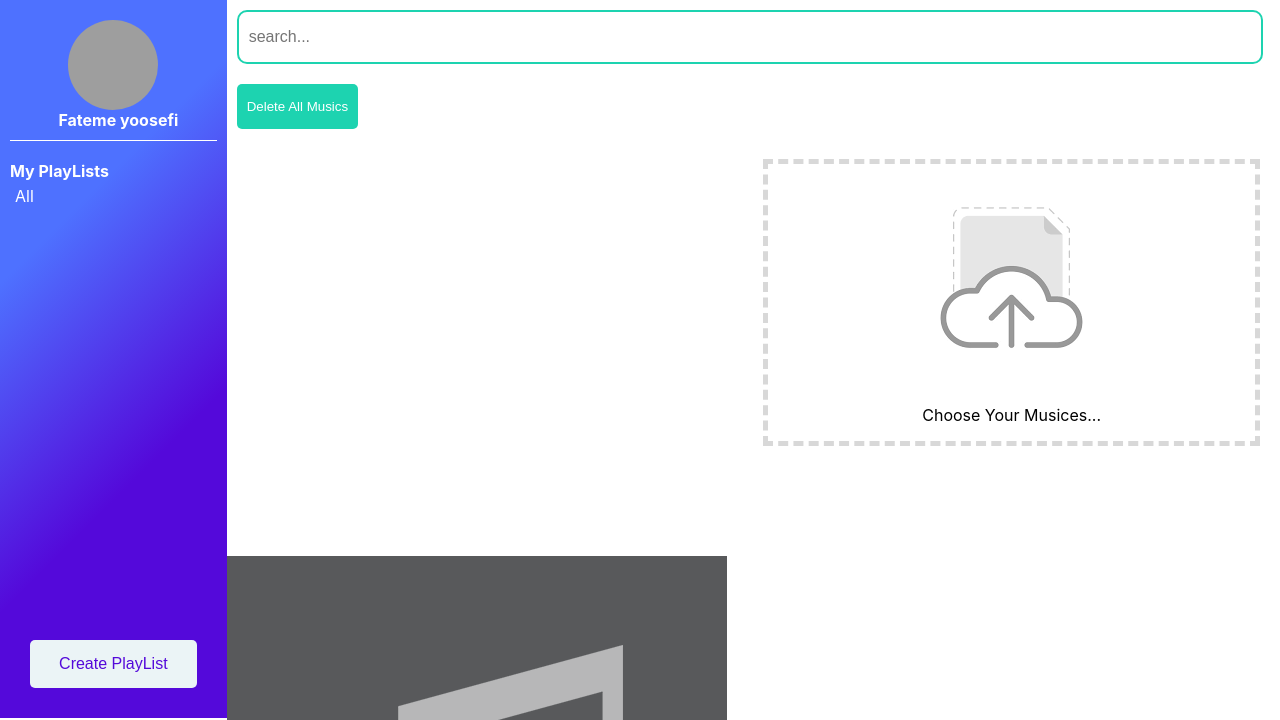
Repository: fateme81yosefi/musicPlayer
Page: /
These files come from the project's save history. The page is drawn as it stood at one moment and after the next save; the edit follows.
The browser window is 1280 px wide. The pictures show the whole page.
Pictures or frames that could not be fetched are drawn as grey boxes. An inner scrolling area shows only its first screen. The project was rebuilt for these pictures with package versions that can differ from the ones it lists, and the page was loaded fresh each time.

Above is the page before, as saved 2025-06-28 14:36:10.

### src/App.js
import React from 'react';
import FileUploader from './Data/FileUploader/FileUploader';
import MainPage from './Components/MainPage/MainPage';


const App = () => {



  return (
    <div>
      <MainPage />
    </div>
  );
}

export default App;

### src/Data/FileUploader/FileUploader.js
import React, { useState, useEffect } from 'react';
import { useDropzone } from 'react-dropzone';
import { openDB } from 'idb';
import "./FileUploader.css";

const DB_NAME = 'AudioFilesDB';
const DB_VERSION = 1;
const STORE_NAME = 'audioFiles';

const initDB = async () => {
    const db = await openDB(DB_NAME, DB_VERSION, {
        upgrade(db) {
            if (!db.objectStoreNames.contains(STORE_NAME)) {
                const store = db.createObjectStore(STORE_NAME, { keyPath: 'name' });
                store.createIndex('category', 'category');
                store.createIndex('isFav', 'isFav');
            }
        }
    });
    return db;
};

const getStoredFiles = async (db) => {
    const tx = db.transaction(STORE_NAME, 'readonly');
    const store = tx.objectStore(STORE_NAME);
    return await store.getAll();
};

const storeFile = async (db, file) => {
    const tx = db.transaction(STORE_NAME, 'readwrite');
    const store = tx.objectStore(STORE_NAME);
    await store.put(file);
    await tx.done;
};


const FileUploader = ({ handlePlay, query, selectedCategory }) => {
    const [audioFiles, setAudioFiles] = useState([]);
    const [categories, setCategories] = useState([]);
    const [currentCategory, setCurrentCategory] = useState('');


    const deleteAllFiles = async () => {
        const db = await initDB();
        const tx = db.transaction(STORE_NAME, 'readwrite');
        const store = tx.objectStore(STORE_NAME);
        await store.clear();
        await tx.done;
        window.location.reload()
    };

    useEffect(() => {
        const storedCategories = JSON.parse(localStorage.getItem('categories'));
        if (storedCategories) {
            setCategories(storedCategories);
        }
    }, []);


    useEffect(() => {
        setCurrentCategory(selectedCategory)
    }, [selectedCategory])


    useEffect(() => {
        if (query !== "") {
            setAudioFiles(audioFiles.filter((item) => item.name.toLowerCase().includes(query.toLowerCase())));
        } else {
            const fetchStoredFiles = async () => {
                const db = await initDB();
                const storedFiles = await getStoredFiles(db);
                setAudioFiles(storedFiles.map(file => ({
                    ...file,
                    data: URL.createObjectURL(new Blob([file.data], { type: file.type }))
                })));
            };

            fetchStoredFiles();
        }
    }, [query]);

    useEffect(() => {
        const fetchStoredFiles = async () => {
            const db = await initDB();
            const storedFiles = await getStoredFiles(db);
            setAudioFiles(storedFiles.map(file => ({
                ...file,
                data: URL.createObjectURL(new Blob([file.data], { type: file.type }))
            })));
        };

        fetchStoredFiles();
    }, []);

    const onDrop = async (acceptedFiles) => {
        const mp3Files = acceptedFiles.filter((file) => file.name.endsWith('.mp3'));

        const db = await initDB();

        for (const file of mp3Files) {
            const fileData = await file.arrayBuffer();
            await storeFile(db, { name: file.name, type: file.type, data: fileData, category: '' });
        }

        const storedFiles = await getStoredFiles(db);
        setAudioFiles(storedFiles.map(file => ({
            ...file,
            data: URL.createObjectURL(new Blob([file.data], { type: file.type }))
        })));
    };

    const handleCategoryChange = async (file, category) => {
        const updatedFile = { ...file, category };

        const db = await initDB();
        await storeFile(db, updatedFile);

        const storedFiles = await getStoredFiles(db);
        setAudioFiles(storedFiles.map(f => ({
            ...f,
            data: URL.createObjectURL(new Blob([f.data], { type: f.type }))
        })));
    };

    const { getRootProps, getInputProps } = useDropzone({ onDrop });

    return (
        <>
            <button className='deleteAll' onClick={deleteAllFiles}>Delete All Musics</button>

            <div className='containSingle'>
                <div className='fullWidth'>
                    {audioFiles
                        .filter(file => currentCategory === "" || file.category === currentCategory)
                        .map((file, index) => (
                            <div className='singleSelectedAudio' key={index}>
                                <div className='row'>
                                    <div className='containDetails'>
                                        <img className='cover' alt="cover" src='/song_cover.png' />
                                        <span className='name'>{file.name}</span>
                                    </div>
                                    <div className='row'>
                                        <select
                                            value={file.category}
                                            onChange={(e) => handleCategoryChange(file, e.target.value)}
                                        >
                                            <option value="">Select Category</option>
                                            {categories.map((category, index) => (
                                                <option key={index} value={category}>{category}</option>
                                            ))}
                                        </select>
                                        <button className='btnPlay' onClick={() => handlePlay(file)}>
                                            <img className='play' alt='icon' src='/play-button.svg' />
                                        </button>
                                    </div>
                                </div>
                                <audio className='selectedAudio' src={file.data} key={index} controls />
                            </div>
                        ))}
                </div>

                <div className='fullWidth' {...getRootProps()}>
                    <input {...getInputProps()} />
                    <div className='chooseFile'>
                        <img alt='drag file' src='/images.png' />
                        <p> Choose Your Musices...</p>
                    </div>
                </div>
            </div>
        </>
    );
};

export default FileUploader;

### src/Components/MainPage/MainPage.js
import React, { useState, useEffect } from 'react';
import Modal from 'react-modal';
import FileUploader from "../../Data/FileUploader/FileUploader";
import "./MainPage.css";
import MusicPlayer from '../MusicPlayer/MusicPlayer';

const MainPage = () => {
    const [category, setCategory] = useState('');
    const [categories, setCategories] = useState([]);
    const [currentMusic, setCurrentMusic] = useState({});
    const [showModal, setShowModal] = useState(false);
    const [searchQuery, setSearchQuery] = useState('');
    const [selectedCategory, setSelectedCategory] = useState('');


    useEffect(() => {
        const storedCategories = JSON.parse(localStorage.getItem('categories'));
        if (storedCategories) {
            setCategories(storedCategories);
        }
    }, []);

    const handleAddCategory = () => {
        if (category) {
            const updatedCategories = [...categories, category];
            setCategories(updatedCategories);
            setCategory('');
            localStorage.setItem('categories', JSON.stringify(updatedCategories));
            setShowModal(false)
        }
    };

    const handlePlay = (file) => {
        setCurrentMusic(file);
    };


    return (
        <div className="container">
            <Modal
                isOpen={showModal}
                contentLabel="Create Playlist"
                className="modalCategory"
            >
                <h2>Create Playlist</h2>
                <input
                    type="text"
                    value={category}
                    placeholder='Enter Your Playlist Name'
                    onChange={(e) => setCategory(e.target.value)}
                />
                <button onClick={handleAddCategory}>Confirm</button>
            </Modal>

            <div className="leftMenue">
                <div className="top">
                    <div className="imageProfile">
                        <img src="https://encrypted-tbn0.gstatic.com/images?q=tbn:ANd9GcRXJA32WU4rBpx7maglqeEtt3ot1tPIRWptxA&s" alt="Profile" />
                        <div className="name">Fateme yoosefi</div>
                    </div>
                    <div className="categories">
                        <div className='playlist'>My PlayLists</div>
                        <div className='category' onClick={() => { setSelectedCategory('') }}>All</div>
                        {
                            categories.map((item, index) => <div key={index} className='category' onClick={() => { setSelectedCategory(item) }}>{item}</div>)
                        }
                    </div>
                </div>
                <button className='create' onClick={() => setShowModal(true)}>Create PlayList</button>
            </div>
            <div className="rightPage">
                <input className='inputSearch' placeholder="search..." onChange={(e) => setSearchQuery(e.target.value)}
                />
                <FileUploader handlePlay={handlePlay} query={searchQuery} selectedCategory={selectedCategory} />
                <div className="w-full max-w-md mx-auto p-4 bg-gradient-to-br from-[#5409DA] via-[#4E71FF] to-[#BBFBFF] rounded-3xl shadow-xl flex items-center space-x-4 animate-fade-in">
                    <div className="relative w-24 h-24 rounded-full overflow-hidden shadow-lg border-4 border-white animate-spin-slow">
                        <img src="/song_cover.png" alt="کاور آهنگ" className="w-full h-full object-cover" />
                    </div>

                    <div className="flex-1 text-white">


                              <MusicPlayer currentMusic={currentMusic} />

                    </div>
                </div>


            </div>
        </div>
    )
};

export default MainPage;

### src/Data/FileUploader/FileUploader.css
.chooseFile {
  border: 5px dashed rgb(216, 216, 216);
  display: flex;
  flex-direction: column;
  align-items: center;
  justify-content: space-around;
  margin: 10px;
  margin-bottom: 100px;
}
.selectedAudio::-webkit-media-controls-panel {
  background-color: rgb(211, 211, 211);
  border: none;
}
.selectedAudio {
  border-radius: 0;
  background-color: rgb(211, 211, 211);
  padding: 20px;
  width: 100% !important;
  display: none;
}
.singleSelectedAudio {
  background-color: rgb(255, 255, 255);
  border-bottom: 1px solid rgb(238, 238, 238);
}
.row {
  display: flex;
  flex-direction: row;
  justify-content: space-between;
}

.cover {
  width: 40px;
  height: 40px;
}
.containDetails {
  display: flex;
  flex-direction: row;
  align-items: center;
  justify-content: center;
}

.containSingle {
  padding: 10px;
  display: flex;
  flex-direction: row;
  width: 100%;
}
.name {
  margin-left: 10px;
}
.fullWidth{
    width: 100%;
}
.play {
  width: 30px;
  height: 30px;
}
.btnPlay {
  background-color: transparent;
  border: none;
}

.deleteAll {
  margin: 10px;
  background-color: #1dd3b0;
  margin-bottom: 10px;
  padding: 15px 10px;
  border-radius: 5px;
  border: none;
  color: #ffff;
}
select {
  background-color: #1dd3b0;
  padding: 10px;
  border: none;
  color: white;
}

### src/Components/MainPage/MainPage.css
.container {
  display: flex;
  flex-direction: row;
  background-color: #ffffff;
}
.leftMenue {
  background: linear-gradient(
    135deg,
    #4e71ff 0%,
    #4e71ff 30%,
    #5409da 65%,
    #5409da 100%
  );
  width: 20%;
  height: 97vh;
  display: flex;
  flex-direction: column;
  justify-content: space-between;
  padding: 10px;
}
.imageProfile {
  display: flex;
  flex-direction: column;
  align-items: center;
  border-bottom: 1px solid white;
  padding: 10px;
  color: #ffffff;
  font-weight: bold;
  justify-content: space-between;
}

.imageProfile img {
  border-radius: 100%;
  width: 90px;
  height: 90px;
}
.playlist {
  font-size: medium;
  color: #ffffff;
  font-weight: bold;
  margin-top: 20px;
}
.rightPage {
  width: 100%;
  height: 100vh;
  position: relative;
  padding: 0 20px 0 0;
  padding-left: 0;
}
.rightPage input {
  width: 97%;
  height: 40px;
  font-size: medium;
}
.currentlyPlay {
  display: flex;
  flex-direction: row;
  align-items: center;
  background-color: #7de2d1;
  height: 100px;
  bottom: 0;
  position: fixed;
  width: 80%;
}
.currentlyPlay img {
  width: 100px;
  height: 100px;
}
.containName {
  width: 100%;
  padding: 15px;
}
.musicName {
  font-weight: bold;
}
audio {
  width: 100%;
  display: flex;
  flex-direction: column;
  border: none;
}

audio::-webkit-media-controls-panel {
  background-color: #7de2d1;
  border: none;
}
.rightPage {
  overflow: scroll;
}
.modalCategory {
  position: fixed;
  background-color: #7de2d1;
  top: 50%;
  left: 50%;
  transform: translate(-50%, -50%);
  width: 30%;
  display: flex;
  flex-direction: column;
  align-items: center;
  justify-content: center;
  color: white;
}
.modalCategory input {
  padding: 10px;
  margin-bottom: 10px;
  width: 80%;
}
.modalCategory button {
  background-color: #1dd3b0;
  margin-bottom: 10px;
  padding: 15px 10px;
  border-radius: 5px;
  border: none;
  color: #ffff;
}

.category {
  font-size: medium;
  color: #ffffff;
  margin-left: 5px;
  margin: 5px;
}

.inputSearch {
  margin: 10px;
  border: 2px solid #1dd3b0;
  padding: 5px 10px;
  border-radius: 10px;
}

.create {
  padding: 15px 4px;
  border-radius: 5px;
  margin: 20px;
  background-color: #ebf4f6;
  border: none;
  color: #5409da;
  font-size: medium;
}
h3,
h4 {
  color: white;
}

### src/Components/MusicPlayer/MusicPlayer.jsx
import { useRef, useState, useEffect } from "react";
import "./MusicPlayer.css";

export default function MusicPlayer({ currentMusic }) {
  const audioRef = useRef(null);
  const [isPlaying, setIsPlaying] = useState(false);
  const [progress, setProgress] = useState(0);

  useEffect(() => {
    const audio = audioRef.current;

    const updateProgress = () => {
      const percent = (audio.currentTime / audio.duration) * 100;
      setProgress(percent || 0);
    };

    audio.addEventListener("timeupdate", updateProgress);
    return () => audio.removeEventListener("timeupdate", updateProgress);
  }, []);

  const togglePlay = () => {
    const audio = audioRef.current;
    if (isPlaying) {
      audio.pause();
    } else {
      audio.play();
    }
    setIsPlaying(!isPlaying);
  };

  return (
    <div className="player">
      <div className={`cover ${isPlaying ? "spin pulse" : ""}`}>
        <img src="/song_cover.png" alt="کاور آهنگ" />
      </div>

      <div className="info">
        <h2 className="title">{currentMusic.name}</h2>

        <div className="progress-container">
          <div className="progress-bar" style={{ width: `${progress}%` }}></div>
        </div>

        <button className="play-btn" onClick={togglePlay}>
          {isPlaying ? "❚❚" : "▶"}
        </button>

        <audio ref={audioRef} src={currentMusic.data} preload="metadata" />
      </div>
    </div>
  );
}

### src/Components/MusicPlayer/MusicPlayer.css
.player {
  max-width: 400px;
  margin: 40px auto;
  padding: 30px;
  border-radius: 20px;
  background: linear-gradient(135deg, #5409DA, #4E71FF, #8DD8FF, #BBFBFF);
  box-shadow: 0 8px 20px rgba(0, 0, 0, 0.2);
  text-align: center;
  color: white;
  font-family: 'Segoe UI', sans-serif;
}

.cover {
  width: 120px;
  height: 120px;
  margin: 0 auto 20px;
  border-radius: 50%;
  overflow: hidden;
  border: 5px solid white;
  box-shadow: 0 0 15px rgba(255, 255, 255, 0.4);
}

.cover img {
  width: 100%;
  height: 100%;
  object-fit: cover;
}

.spin {
  animation: spin 10s linear infinite;
}

.pulse {
  animation: pulse 2s infinite ease-in-out;
}

@keyframes spin {
  to {
    transform: rotate(360deg);
  }
}

@keyframes pulse {
  0%, 100% {
    transform: scale(1);
    box-shadow: 0 0 15px rgba(255, 255, 255, 0.4);
  }
  50% {
    transform: scale(1.05);
    box-shadow: 0 0 30px rgba(255, 255, 255, 0.8);
  }
}

.title {
  font-size: 1.2rem;
  margin-bottom: 15px;
}

.progress-container {
  height: 6px;
  width: 100%;
  background: rgba(255, 255, 255, 0.3);
  border-radius: 3px;
  margin-bottom: 15px;
  overflow: hidden;
}

.progress-bar {
  height: 100%;
  background: white;
  width: 0%;
  transition: width 0.3s ease;
}

.play-btn {
  font-size: 1.5rem;
  background: white;
  color: #5409DA;
  border: none;
  padding: 10px 20px;
  border-radius: 999px;
  cursor: pointer;
  transition: transform 0.2s ease;
}

.play-btn:hover {
  transform: scale(1.1);
}

Loaded but not shown: public/index.html (common file); src/index.js (common file); src/index.css (common file); src/reportWebVitals.js (common file)

After the next save:
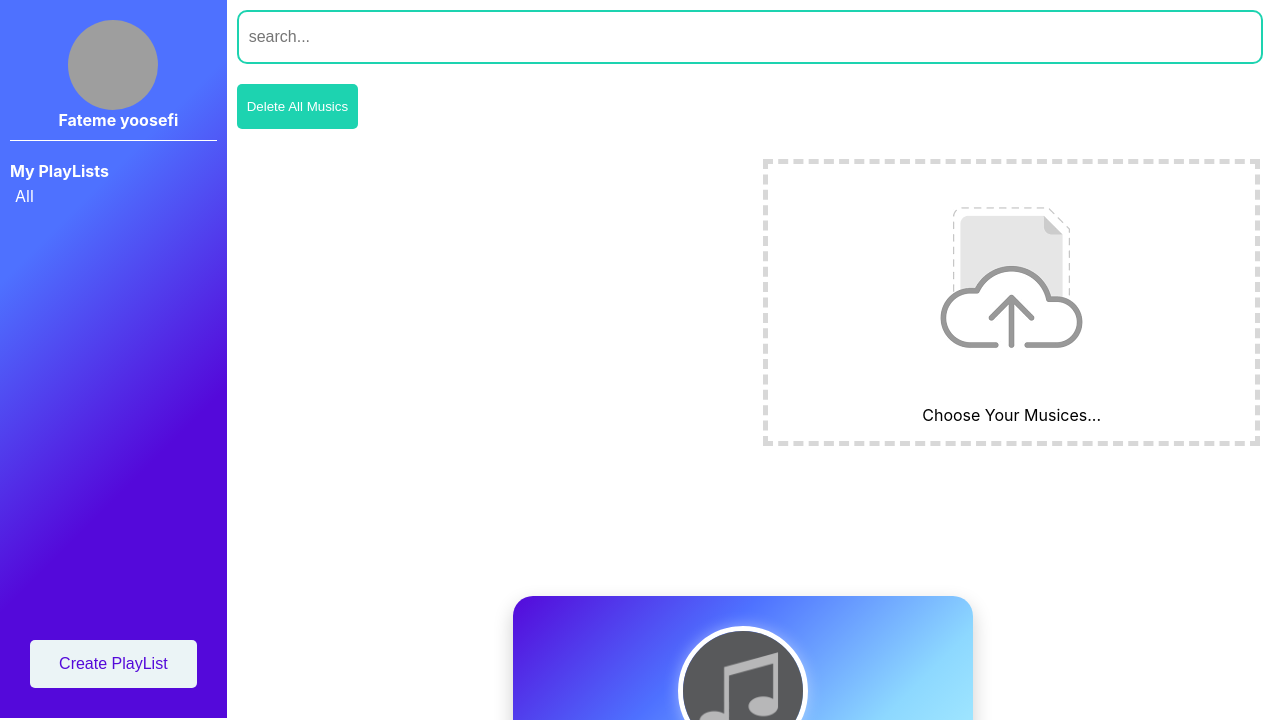
Saved 72 s later.
--- a/src/Components/MainPage/MainPage.js
+++ b/src/Components/MainPage/MainPage.js
@@ -73,9 +73,7 @@ const MainPage = () => {
                 />
                 <FileUploader handlePlay={handlePlay} query={searchQuery} selectedCategory={selectedCategory} />
                 <div className="w-full max-w-md mx-auto p-4 bg-gradient-to-br from-[#5409DA] via-[#4E71FF] to-[#BBFBFF] rounded-3xl shadow-xl flex items-center space-x-4 animate-fade-in">
-                    <div className="relative w-24 h-24 rounded-full overflow-hidden shadow-lg border-4 border-white animate-spin-slow">
-                        <img src="/song_cover.png" alt="کاور آهنگ" className="w-full h-full object-cover" />
-                    </div>
+
 
                     <div className="flex-1 text-white">
 
